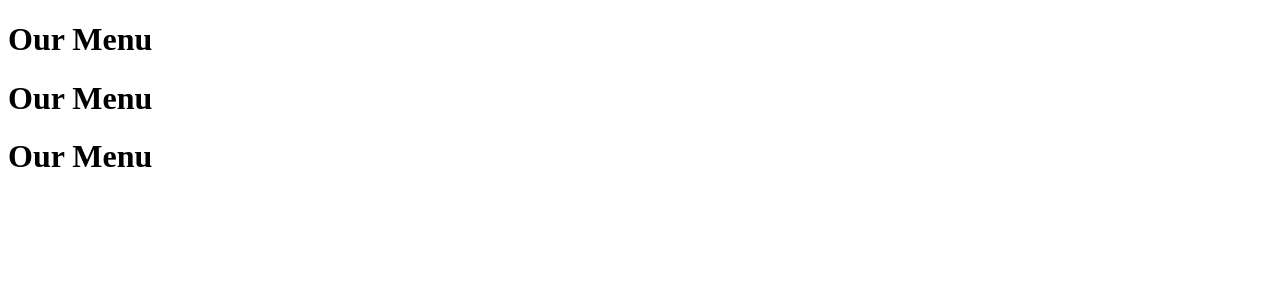
Repository: GiraldoNainggolan/Meta-Coursera
Page: Pengembang Front-End Meta/Modul 2/index.html
An editor plug-in stored every save of this project. The page is shown before and after a run of saves, followed by the edit.
The browser window is 1280 px wide. The pictures show the whole page.

Above is the page before, as saved 2025-01-24 15:55:49.

After the next 2 saves:
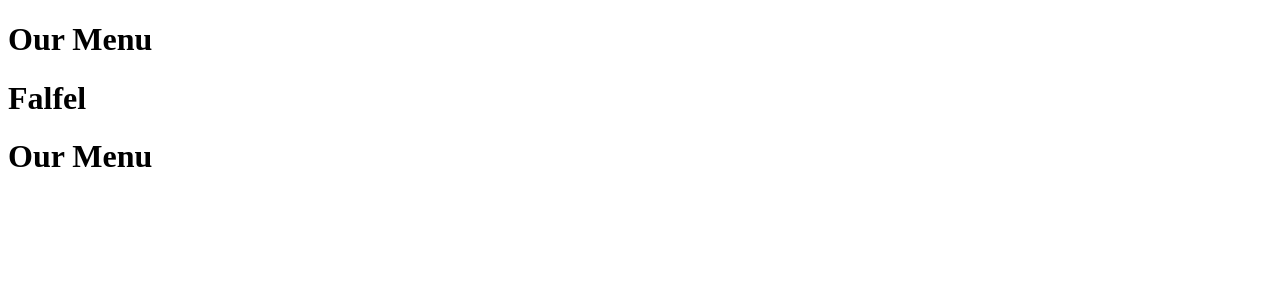
The 2 saves are shown as one change because they came seconds apart.
The last was saved 11 min 52 s later.
--- a/Pengembang Front-End Meta/Modul 2/index.html
+++ b/Pengembang Front-End Meta/Modul 2/index.html
@@ -7,7 +7,7 @@
 </head>
 <body>
     <h1>Our Menu</h1>
-    <h1>Our Menu</h1>
+    <h1>Falfel</h1>
     <h1>Our Menu</h1>
 
 </body>
